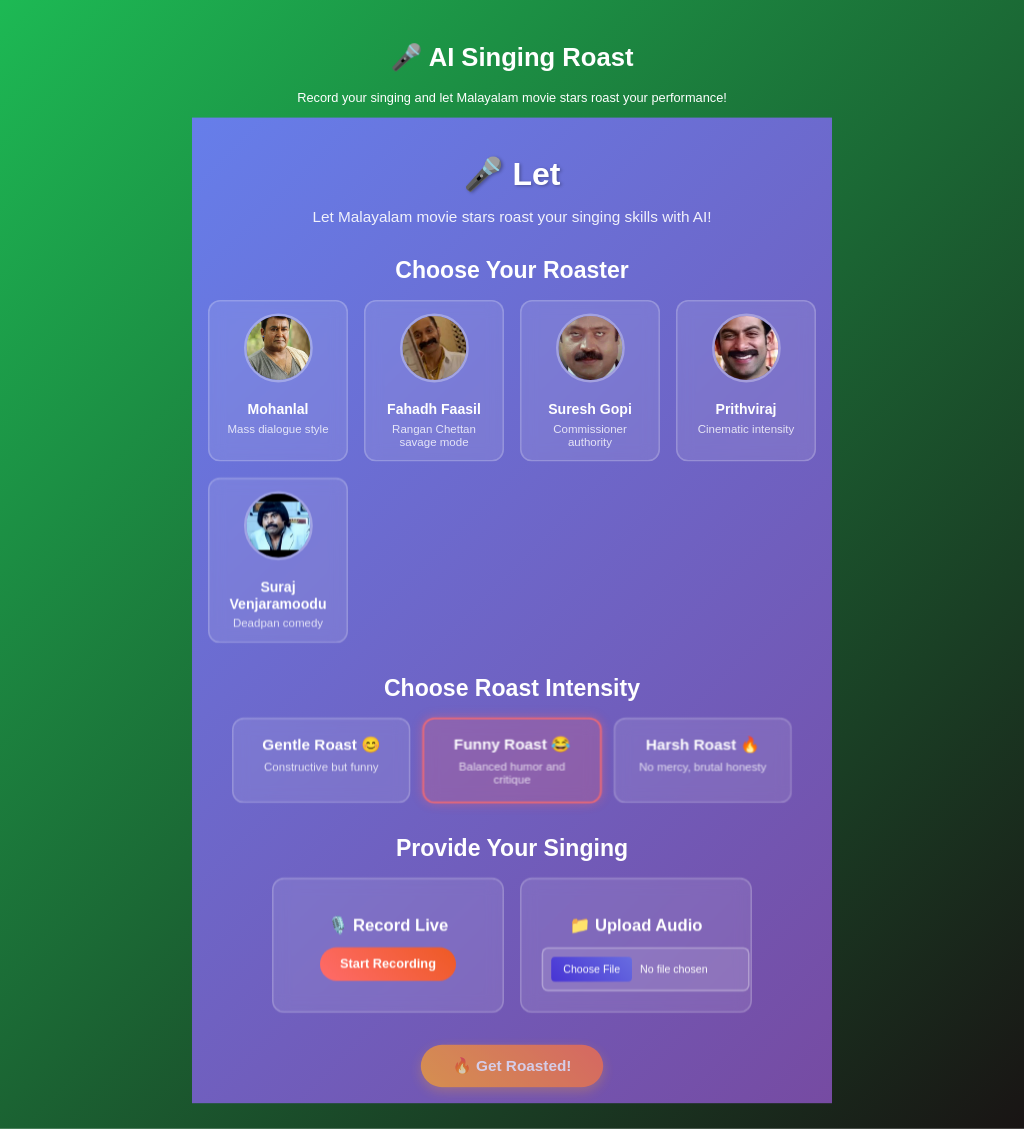
Repository: ashlin311/useless_project_team_gosh
Page: / (app in react-app/)
These files come from the project's save history. The page is drawn as it stood at one moment and after the next save; the edit follows.
The browser window is 1280 px wide. The pictures show the whole page, at 80% of full size.
The page's requests for data from a server got no answer. The project was rebuilt for these pictures with package versions that can differ from the ones it lists, and the page was loaded fresh each time. No one was signed in, and anything a server would have sent is missing.

Above is the page before, as saved 2025-08-10 10:25:56.

After the next save:
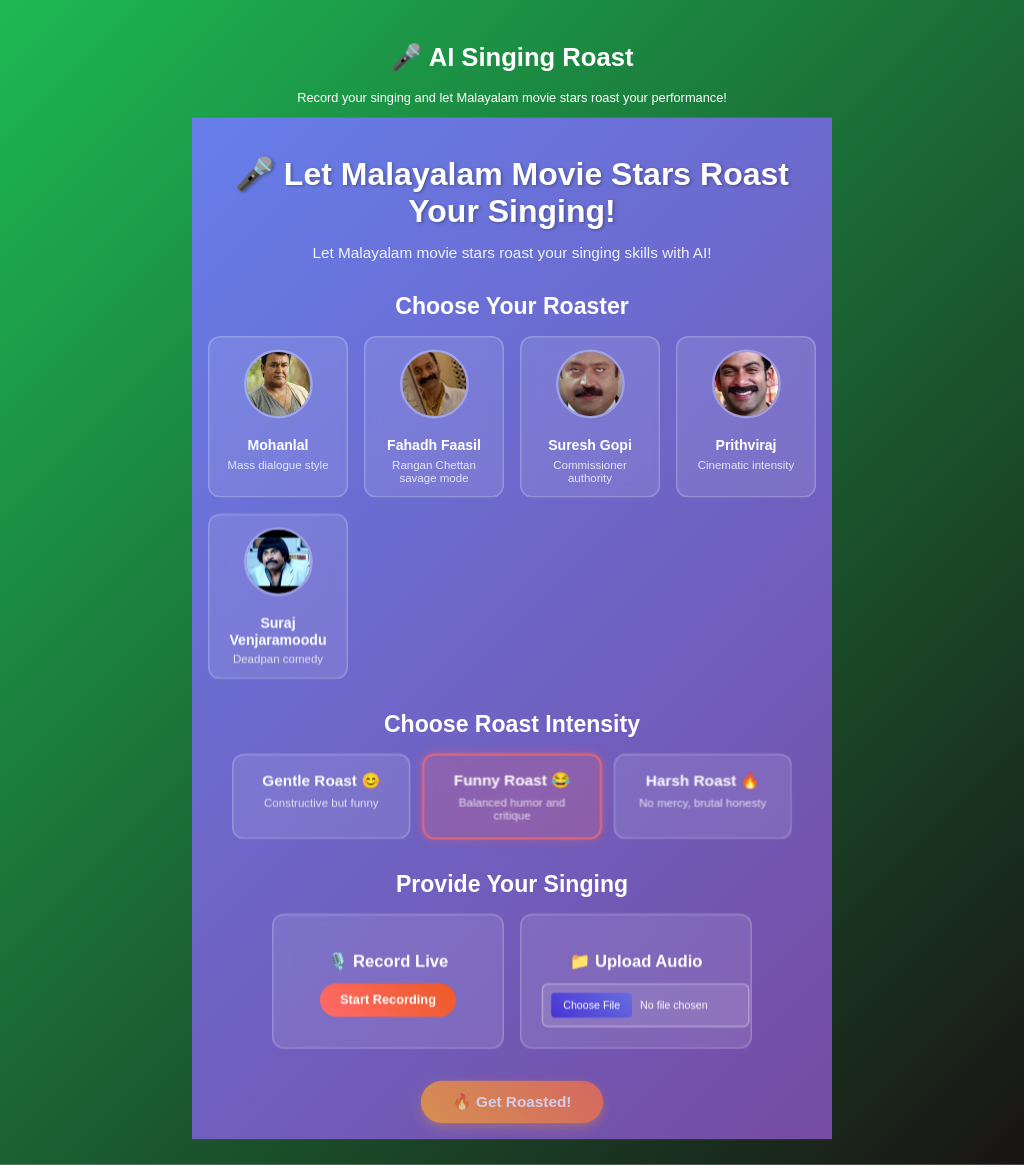
Saved 5 s later.
--- a/react-app/src/components/AudioRoastPage.js
+++ b/react-app/src/components/AudioRoastPage.js
@@ -178,7 +178,7 @@
   return (
     <div className="audio-roast-page">
       <div className="header">
-        <h1>🎤 Let </h1>
+        <h1>🎤 Let Malayalam Movie Stars Roast Your Singing!</h1>
         <p>Let Malayalam movie stars roast your singing skills with AI!</p>
       </div>
 
